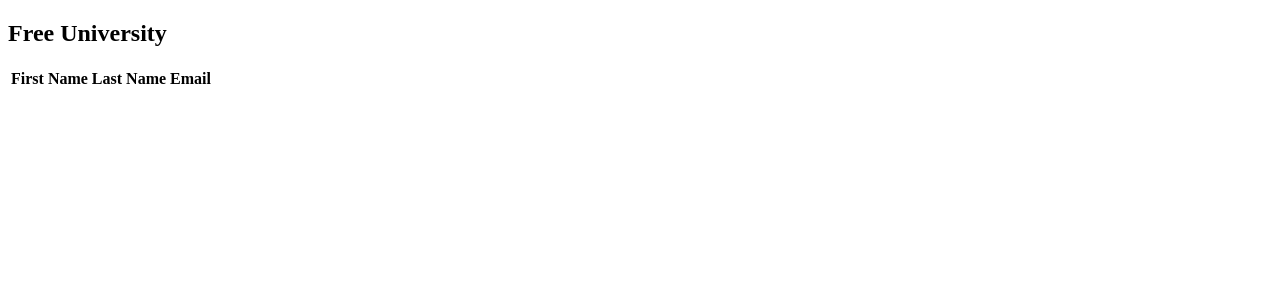
Repository: Vijay-Ky/JavaFSD-DSU
Page: http://localhost/Web-Student-Tracker/StudentControllerServlet
An editor plug-in stored every save of this project. The page is shown before and after the next save, followed by the edit.
The browser window is 1280 px wide. The pictures show the whole page.
The page is served by Tomcat 9. Queries for data that is not in the repository find no rows.

Above is the page before, as saved 2021-06-09 13:19:00.

After the next save:
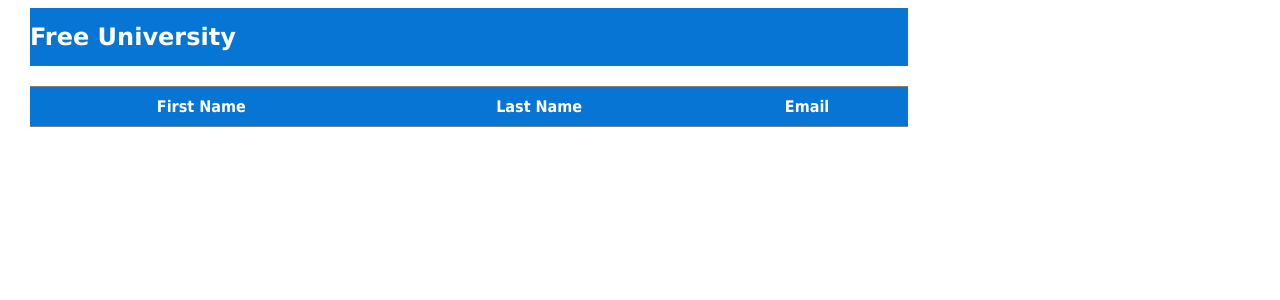
Saved 8 min 8 s later.
--- a/projects/DatabaseAppJDBC,Servlet,JSP/Web-Student-Tracker/WebContent/list-students.jsp
+++ b/projects/DatabaseAppJDBC,Servlet,JSP/Web-Student-Tracker/WebContent/list-students.jsp
@@ -3,7 +3,10 @@
 <html>
 
 <head>
+
 	<title>Student Tracker App</title>
+
+	<link rel="stylesheet" href="css/style.css">
 </head>
 
 <%
